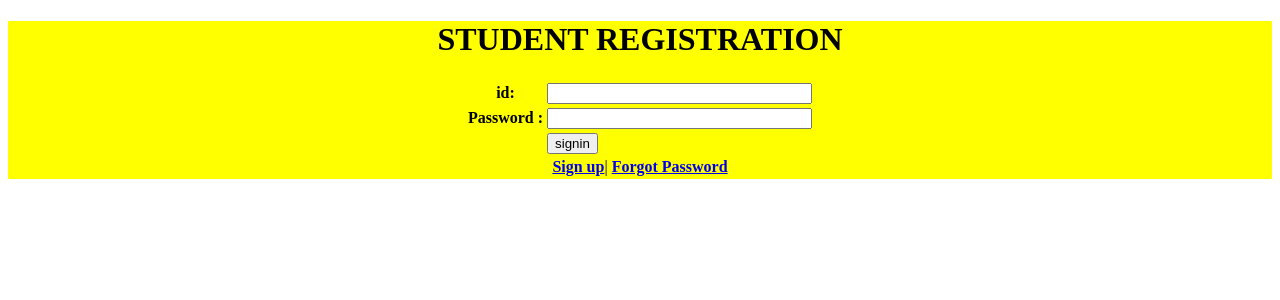
Repository: sachinmandloi1921/AdvanceJava
Page: http://localhost/Advance_Maven/loginview.jsp
These files come from the project's save history. The page is drawn as it stood at one moment and after the next save; the edit follows.
The browser window is 1280 px wide. The pictures show the whole page.
The page is served by Tomcat 9. Other server files are loaded and not shown.

Above is the page before, as saved 2022-07-14 05:17:02.

### Advance Workspace/Advance_Maven/src/main/webapp/loginview.jsp

<%@ page language="java" contentType="text/html; charset=ISO-8859-1"
    pageEncoding="ISO-8859-1"%>
<!DOCTYPE html>
<html>
<head>
<meta charset="ISO-8859-1">
<title>Insert title here</title>
</head>
<body bg color = "Cyan">
<form action="loginctrl" method="post">

<%String s=(String)request.getAttribute("msg");
 String L=(String)request.getAttribute("Lmsg");
 String P=(String)request.getAttribute("Pmsg");
if(s!=null){%>
<h1 style="color: red"><%=s %></h1>
<%} %>

		<div align="center" style="background-color:yellow;">

			<h1>STUDENT REGISTRATION</h1>
			<table>
			<tr>
					<th>id:</th>
					<td><input type="text" name="id" size=30 value="" >
					<font color="red"> <%if(L!=null){ %><%=L %><%} %></font></td>

				</tr>
				<tr>
					<th>Password :</th>
					<td><input type="password" name="pwd" size=30 value="">
					<font color="red"><%if(P!=null){ %><%=P %><%} %></font></td>
				</tr>

				<tr>
					<th></th>
					<td colspan="2"><input type="submit" name="operation"
					value="signin"> &nbsp;</td>
				</tr>
				<tr>
				<td colspan="2" align="center" ><a href="RegView.jsp"><b>Sign up</b></a>|

                 <a href="forgot.jsp"><b>Forgot Password</b></a>

				</td>
				</tr>



				</table>
					</div>

</body>
</html>

After the next save:
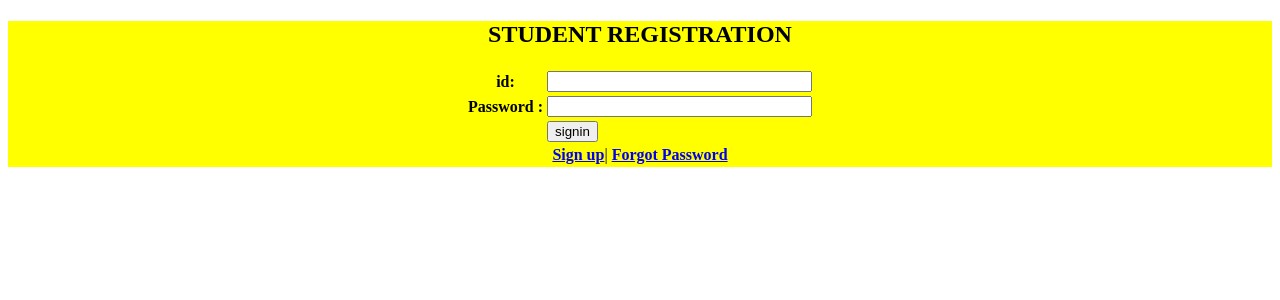
Saved 4 min 48 s later.
--- a/Advance Workspace/Advance_Maven/src/main/webapp/loginview.jsp
+++ b/Advance Workspace/Advance_Maven/src/main/webapp/loginview.jsp
@@ -18,8 +18,9 @@ if(s!=null){%>
 <%} %>
 
 		<div align="center" style="background-color:yellow;">
+		<h1></h1>
 
-			<h1>STUDENT REGISTRATION</h1>
+			<h2>STUDENT REGISTRATION</h2>
 			<table>
 			<tr>
 					<th>id:</th>
